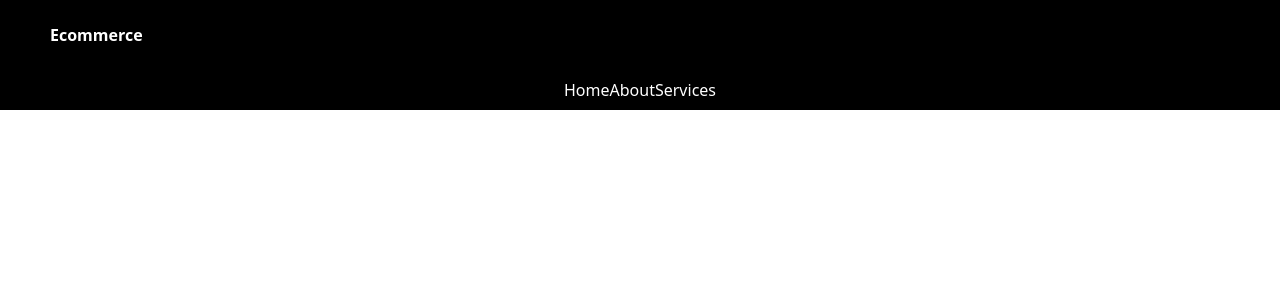
Repository: OmniaRafat232111121/ecommerceredux
Page: / (app in eco/)
These files come from the project's save history. The page is drawn as it stood at one moment and after a run of saves; the edit follows.
The browser window is 1280 px wide. The pictures show the whole page.
The project was rebuilt for these pictures with package versions that can differ from the ones it lists, and the page was loaded fresh each time.

Above is the page before, as saved 2022-11-01 18:28:19.

### eco/src/index.js
import React from 'react';
import ReactDOM from 'react-dom/client';
import App from './App';
import './index.css'
const root = ReactDOM.createRoot(document.getElementById('root'));
root.render(
  <React.StrictMode>
    <App />
  </React.StrictMode>
);

### eco/src/App.js

import { Provider } from 'react-redux';
import Header from './components/Header';
import store from './redux/store';
function App() {
  return (
  <Provider store={store}>
<div className='max-w-[1920px] mx-auto overflow-hidden bg-white'>
<Header/>
</div>
    </Provider>
  );
}

export default App;

### eco/src/components/Header.js
import React from 'react'

const Header = () => {
  return (
    <header className='bg-black text-white fixed left-0 right-0 z-10 w-full  mx-auto transition-all duration-150 '>
    <div className='flex justify-between items-center h-[70px] pl-[50px] pr-[60px]'>
    <h1 className='font-bold'>Ecommerce</h1>
    </div>
    <div className='flex  justify-center  items-center py-2'>
    <ul className='flex justify-between'>
    <li><a href="#">Home</a></li>
    <li><a href="#">About</a></li>
    <li><a href="#">Services</a></li>
    </ul>
    </div>
    </header>
  )
}

export default Header

### eco/src/redux/store.js
import { createStore, applyMiddleware } from 'redux'
import { composeWithDevTools } from 'redux-devtools-extension'
import logger from 'redux-logger'
import thunk from 'redux-thunk'
import { reducers } from './reducers/rootReducer'



const store = createStore(
  reducers,
  composeWithDevTools(applyMiddleware(logger, thunk))
)

export default store

### eco/src/redux/reducers/rootReducer.js
import { combineReducers } from "redux";
import { productReducer } from "./productReducer";

 export const reducers=combineReducers({
    allproduct:productReducer
})

### eco/src/redux/reducers/productReducer.js
import { ActionTypes } from "../types/action-types";

const initialState={
    products:[
        {
            id:1,
            title:'market',
            category:"sales"
        }
    ],
}
export const productReducer=(state=initialState,{type,payload})=>{
   switch(type){
    case ActionTypes.SET_PRODUCT:
        return{
            ...state,products:payload
        }
    default:
        return state
   }
}

### eco/src/redux/types/action-types.js
export const ActionTypes={
    SET_PRODUCT:'SET_PRODUCT',
    SELECTED_PRODUCT:'SELECTED_PRODUCT',
    REMVOED_PRODUCT:'REMOVED_PRODUCT'
}

Loaded but not shown: eco/public/index.html (common file); eco/src/index.css (common file); eco/tailwind.config.js (common file)

After the next 28 saves:
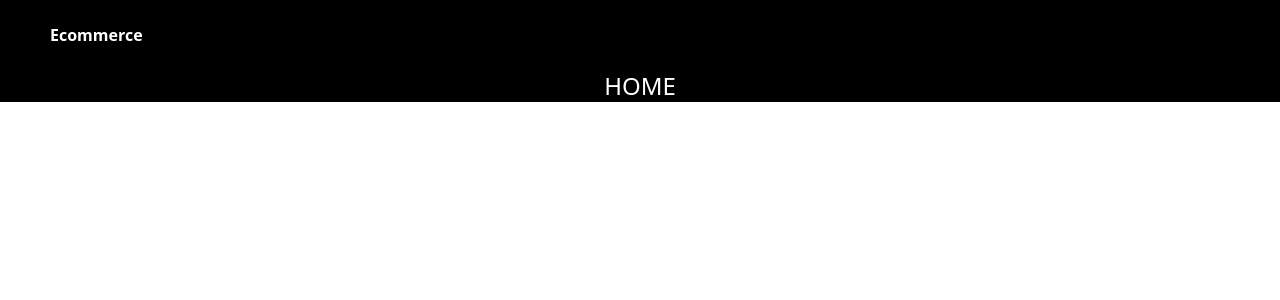
The 28 saves are shown as one change because 4 did not build or start and some came seconds apart.
The last was saved 2 min 23 s later.
--- a/eco/src/components/Header.js
+++ b/eco/src/components/Header.js
@@ -6,13 +6,14 @@ const Header = () => {
     <div className='flex justify-between items-center h-[70px] pl-[50px] pr-[60px]'>
     <h1 className='font-bold'>Ecommerce</h1>
     </div>
-    <div className='flex  justify-center  items-center py-2'>
-    <ul className='flex justify-between'>
-    <li><a href="#">Home</a></li>
-    <li><a href="#">About</a></li>
-    <li><a href="#">Services</a></li>
+
+    <div className='w-full flex flex-col justify-between'>
+    <ul className='flex flex-col justify-center items-center'>
+      <li><a className='text-2xl font-primary uppercase' href="/">Home</a></li>
     </ul>
+
     </div>
+
     </header>
   )
 }
